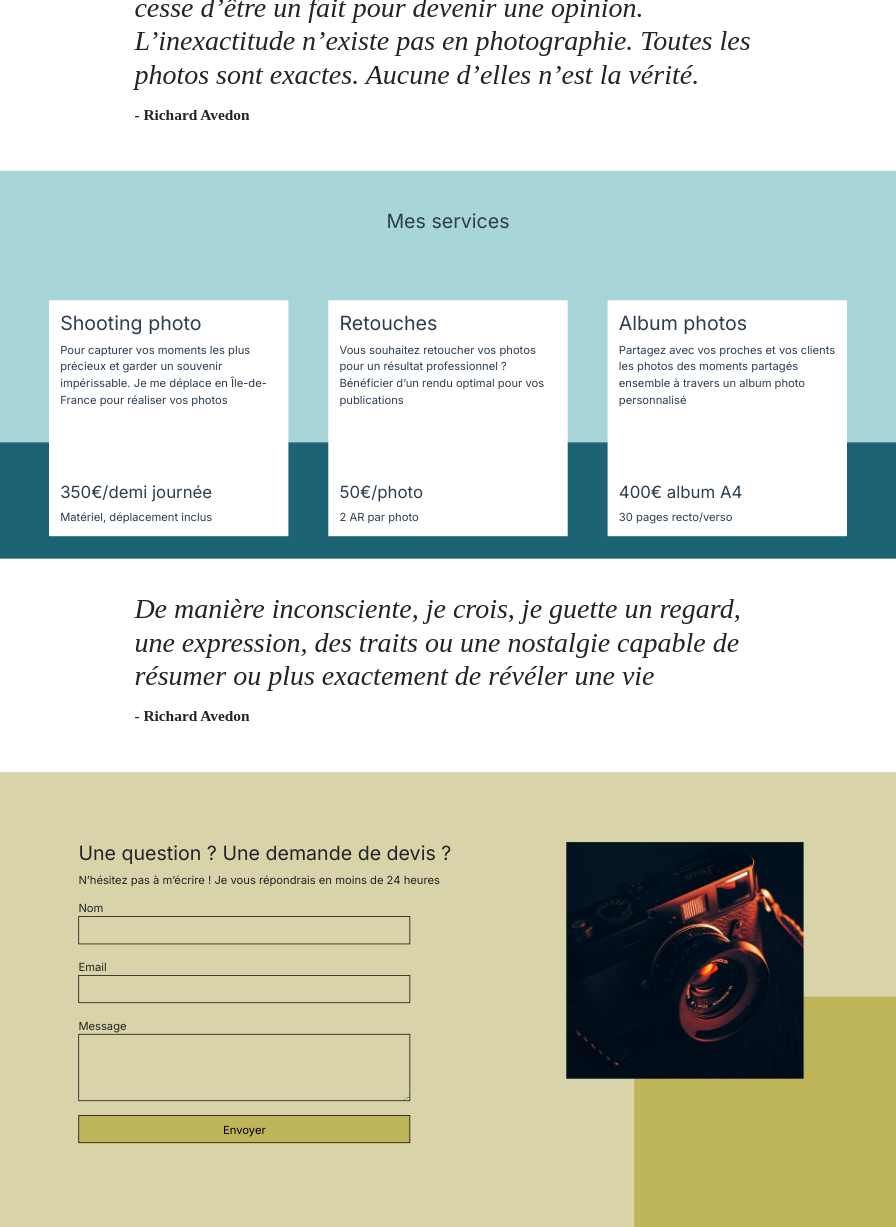
Repository: Dimple3377/project-9
Page: index.html
The author's editor kept a copy of each file at every save. The page is drawn from the files as they stood at one save, then again after the next save.
The browser window is 1280 px wide. The pictures show the part of the page from y = 2660 to 4580 px (the page is 4413 px tall before and 5040 px after), at 70% of full size.
Some web fonts or font styles are not loaded; a fallback is used.

Above is the page before, as saved 2024-04-15 02:22:52.

### index.html
<!DOCTYPE html>
<html lang="fr">
  <head>
    <meta name="viewport" content="width=device-width, initial-scale=1.0" />
    <title>Nina Carducci - Photographe</title>
    <!-- Titre de la page ajouté ici -->
    <meta
      name="description"
      content="Explorez le portfolio de Nina Carducci, photographe spécialisée dans les mariages, portraits et événements en Île-de-France."
    />
    <!-- Meta description ajoutée ici -->
    <link rel="stylesheet" href="./assets/bootstrap/bootstrap.css" />
    <link rel="stylesheet" href="./assets/style.css" />
    <link rel="preconnect" href="https://fonts.googleapis.com" />
    <link rel="preconnect" href="https://fonts.gstatic.com" crossorigin />
    <link
      href="https://fonts.googleapis.com/css2?family=Inter&family=Spectral:ital,wght@0,400;1,300;1,400;1,800&display=swap"
      rel="stylesheet"
    />
    <meta charset="UTF-8" />
    <script src="./assets/bootstrap/bootstrap.bundle.js"></script>
    <script
      src="https://code.jquery.com/jquery-3.4.1.min.js"
      integrity="sha256-CSXorXvZcTkaix6Yvo6HppcZGetbYMGWSFlBw8HfCJo="
      crossorigin="anonymous"
    ></script>
    <script src="./assets/maugallery.js"></script>
    <script src="./assets/scripts.js"></script>
  </head>
  <body>
    <div class="top-header">
      <h1 class="name">Nina Carducci</h1> <!-- Changé en h1 pour indiquer le titre principal -->
      <nav class="nav">
        <ul>
          <li><a href="#about">À propos</a></li>
          <li><a href="#gallery">Galerie</a></li>
          <li><a href="#services">Service</a></li>
          <li><a href="#contact">Contact</a></li>
          <li>
            <a
              class="social-link"
              href="https://www.instagram.com/ninacarducci.photo/?hl=fr"
              target="_blank"
              ><img
                src="assets/images/instagram.png"
                alt="Logo Instagram - Suivez Nina Carducci"
            /></a>
          </li>
        </ul>
      </nav>
    </div>
    <div id="header">
      <div
        id="carouselExampleIndicators"
        class="carousel slide"
        data-bs-ride="carousel"
      >
        <div class="carousel-indicators">
          <button
            type="button"
            data-bs-target="#carouselExampleIndicators"
            data-bs-slide-to="0"
            class="active"
            aria-current="true"
            aria-label="Slide 1"
          ></button>
          <button
            type="button"
            data-bs-target="#carouselExampleIndicators"
            data-bs-slide-to="1"
            aria-label="Slide 2"
          ></button>
          <button
            type="button"
            data-bs-target="#carouselExampleIndicators"
            data-bs-slide-to="2"
            aria-label="Slide 3"
          ></button>
        </div>
        <div class="carousel-inner">
          <div class="carousel-item active">
            <img
              src="./assets/images/slider/ryoji-iwata-wUZjnOv7t0g-unsplash.jpg"
              class="d-block w-100"
              alt="Vue urbaine capturée par Ryoji Iwata"
            />
          </div>
          <div class="carousel-item">
            <img
              src="./assets/images/slider/nicholas-green-nPz8akkUmDI-unsplash.jpg"
              class="d-block w-100"
              alt="Paysage tranquille par Nicholas Green"
            />
          </div>
          <div class="carousel-item">
            <img
              src="./assets/images/slider/edward-cisneros-3_h6-1NPDGw-unsplash.jpg"
              class="d-block w-100"
              alt="Portrait émotionnel par Edward Cisneros"
            />
          </div>
        </div>
        <button
          class="carousel-control-prev"
          type="button"
          data-bs-target="#carouselExampleIndicators"
          data-bs-slide="prev"
        >
          <span class="carousel-control-prev-icon" aria-hidden="true"></span>
          <span class="visually-hidden">Previous</span>
        </button>
        <button
          class="carousel-control-next"
          type="button"
          data-bs-target="#carouselExampleIndicators"
          data-bs-slide="next"
        >
          <span class="carousel-control-next-icon" aria-hidden="true"></span>
          <span class="visually-hidden">Next</span>
        </button>
      </div>
    </div>
    <section id="about">
      <h2>A propos de moi</h2> <!-- Changé en h2 pour les grandes sections -->
      <div class="picture left">
        <img src="./assets/images/nina.png" alt="Nina Carducci souriante" />
      </div>
      <div id="about-me">
      <p>
          Devenir photographe était pour moi une évidence. Comme si j’y étais
          prédestiné. Saisir un moment, une émotion, une situation, un endroit,
          une lumière et les rendre immortels, voilà ce qui me fait vibrer.</p>

        <p>
          Nous passons notre vie à chercher le bonheur, et lorsque nous y
          touchons, nous n’avons qu’une envie : le figer au travers de
          photographies pour le savourer avec les personnes qui sont importantes
          à nos yeux, ou le partager au plus grand nombre. C’est ce que je vous
          propose : saisir ces merveilleux moments au travers de mon regard, mon
          approche, ma technique. Rendre ces moments immortels, afin que vous
          puissiez y puiser de l’amour, du bonheur, de la tendresse et de
          lumière à chaque fois que vous poserez les yeux sur vos photos.
        </p>
      </div>
    </section>

    <section id="gallery">
      <h2>Portfolio</h2>
      <div class="container py-3">
        <div class="gallery" style="display: none">
          <img
            data-gallery-tag="Concert"
            class="gallery-item"
            src="./assets/images/gallery/concerts/aaron-paul-wnX-fXzB6Cw-unsplash.jpg"
            alt="Foule lors d'un concert de nuit"
          />
          <img
            data-gallery-tag="Entreprises"
            class="gallery-item"
            src="./assets/images/gallery/entreprise/ali-morshedlou-WMD64tMfc4k-unsplash.jpg"
            alt="Intérieur d'un bureau moderne"
          />
          <img
            data-gallery-tag="Entreprises"
            class="gallery-item"
            src="./assets/images/gallery/entreprise/jason-goodman-tHO1_OuKbg0-unsplash.jpg"
            alt="Réunion d'équipe en entreprise"
          />
          <img
            data-gallery-tag="Mariages"
            class="gallery-item"
            src="./assets/images/gallery/mariage/hannah-busing-RvF2R_qMpRk-unsplash.jpg"
            alt="Couple se mariant sous un ciel clair"
          />
          <img
            data-gallery-tag="Portrait"
            class="gallery-item"
            src="./assets/images/gallery/portraits/ade-tunji-rVkhWWZFAtQ-unsplash.jpg"
            alt="Portrait d'un homme en lumière naturelle"
          />
          <img
            data-gallery-tag="Mariages"
            class="gallery-item"
            src="./assets/images/gallery/mariage/jakob-owens-SiniLJkXhMc-unsplash.jpg"
            alt="Couple de mariés partageant un moment joyeux"
          />
          <img
            data-gallery-tag="Portrait"
            class="gallery-item"
            src="./assets/images/gallery/portraits/nino-van-prattenburg--443cl1uR_8-unsplash.jpg"
            alt="Portrait artistique d'une femme"
          />
          <img
            data-gallery-tag="Concert"
            class="gallery-item"
            src="./assets/images/gallery/concerts/austin-neill-hgO1wFPXl3I-unsplash.jpg"
            alt="Artiste jouant de la guitare sur scène"
          />
          <img
            data-gallery-tag="Entreprises"
            class="gallery-item"
            src="./assets/images/gallery/entreprise/mateus-campos-felipe-Fsgzm8N0hIY-unsplash.jpg"
            alt="Bureau d'entreprise avec un design épuré"
          />
        </div>
      </div>
    </section>
      <div class="quote">
        <figure>
          <blockquote>
            <h1 class="quote__text">
              Un portrait n’est pas une ressemblance. Dès lors qu’une émotion ou
              qu’un fait est traduit en photo, il cesse d’être un fait pour
              devenir une opinion. L’inexactitude n’existe pas en photographie.
              Toutes les photos sont exactes. Aucune d’elles n’est la vérité.
            </h1>
          </blockquote>
          <figcaption class="quote__author">- Richard Avedon</figcaption>
        </figure>
      </div>
    </div>
    <div id="services">
      <h3 class="title">Mes services</h3>
      <div class="container">
        <div class="service">
          <div class="service__description">
            <h3>Shooting photo</h3>
            <p>
              Pour capturer vos moments les plus précieux et garder un souvenir
              impérissable. Je me déplace en Île-de-France pour réaliser vos
              photos
            </p>
          </div>
          <div class="service__price">
            <h4>350€/demi journée</h4>
            <span>Matériel, déplacement inclus</span>
          </div>
        </div>
        <div class="service">
          <div class="service__description">
            <h3>Retouches</h3>
            <p>
              Vous souhaitez retoucher vos photos pour un résultat professionnel
              ? Bénéficier d’un rendu optimal pour vos publications
            </p>
          </div>
          <div class="service__price">
            <h4>50€/photo</h4>
            <span>2 AR par photo</span>
          </div>
        </div>
        <div class="service">
          <div class="service__description">
            <h3>Album photos</h3>
            <p>
              Partagez avec vos proches et vos clients les photos des moments
              partagés ensemble à travers un album photo personnalisé
            </p>
          </div>
          <div class="service__price">
            <h4>400€ album A4</h4>
            <span>30 pages recto/verso</span>
          </div>
        </div>
      </div>
    </div>
    <div class="quote">
      <figure>
        <blockquote>
          <h1 class="quote__text">
            De manière inconsciente, je crois, je guette un regard, une
            expression, des traits ou une nostalgie capable de résumer ou plus
            exactement de révéler une vie
          </h1>
        </blockquote>
        <figcaption class="quote__author">- Richard Avedon</figcaption>
      </figure>
    </div>
    <div id="contact">
      <div class="container">
        <div class="form-container">
          <h3>Une question ? Une demande de devis ?</h3>
          <p>
            N’hésitez pas à m’écrire ! Je vous répondrais en moins de 24 heures
          </p>
          <form action="" method="post">
            <label for="nom">Nom</label>
            <input type="text" name="nom" id="nom" />
            <label for="email">Email</label>
            <input type="email" name="email" id="email" />
            <label for="message">Message</label>
            <textarea
              name="message"
              id="message"
              cols="30"
              rows="10"
            ></textarea>
            <input type="submit" value="Envoyer" />
          </form>
        </div>
        <div class="picture right">
          <img src="./assets/images/camera.png" alt="Icône de caméra" />
        </div>
      </div>
    </div>
  </body>
</html>

### assets/style.css
body {
  max-width: 1920px;
  margin: auto;
}
* {
  font-family: "Inter";
  font-style: normal;
}
.top-header {
  background-color: white;
  position: sticky;
  top: 0;
  z-index: 1000;
  display: flex;
  justify-content: space-between;
  padding-inline: 100px;
  padding-block: 30px;
  align-items: center;
}

.top-header .name {
  font-size: 26px;
}

.nav ul {
  display: flex;
  list-style-type: none;
  font-size: 14px;
  margin-bottom: 0;
}

.nav li {
  padding-inline: 10px;
}

.nav a {
  text-decoration: none;
  color: #000;
}

.social-link img {
  width: 20px;
}

#about {
  display: flex;
  background-color: #f6d2b8;
  padding-inline: 100px;
  padding-block: 100px;
  position: relative;
}

.picture.left::before {
  content: " ";
  background-color: #e5975f;
  width: 374px;
  height: 329px;
  position: absolute;
  bottom: 0;
  left: 0;
  z-index: -1;
}

.picture {
  flex: 1;
  margin: 0 20px;
  z-index: 0;
}

.picture img {
  width: 100%;
}
#about-me {
  flex: 2;
}
.about-me__title {
  margin-top: 1em;
  margin-bottom: 60px;
  font-size: 30px;
}
.about-me__introduction {
  font-family: "Spectral";
  font-weight: 800;
  font-style: italic;
  width: 60%;
}
#about-me p {
  width: 80%;
  font-size: 14px;
}

#gallery {
  /*	min-height: 100vh; */
}
.title {
  text-align: center;
  padding-block: 2em;
}
.gallery .nav {
  justify-content: center;
}
.nav-pills .nav-link.active,
.nav-pills .show > .nav-link {
  color: #fff;
  background-color: #5a5a2d; /* Plus foncé pour un meilleur contraste */
  border-radius: 0;
}
.nav-pills .nav-link {
  color: #000;
}
.item-column {
  position: relative;
  margin-bottom: 0 !important;
  padding: 0;
}
.item-column::after {
  content: "";
  display: block;
  padding-bottom: 100%;
}
.gallery-item {
  position: absolute;
  width: 100%;
  height: 100%;
  object-fit: cover;
  padding: 0.5em;
}
.mg-prev,
.mg-next {
  width: 30px;
  height: 30px;
  border-radius: 00%;
  justify-content: center;
  align-items: center;
  display: flex;
  font-size: 24px;
}

.quote {
  font-family: "Spectral";
  font-style: italic;
  width: 70%;
  margin: auto;
  padding-block: 3em;
}
.quote__text {
  font-family: Spectral;
  font-style: italic;
  font-weight: 300;
}
.quote__author {
  font-family: Spectral;
  font-weight: 800;
  font-size: 22px;
}

#services {
  margin: auto;
  background-color: #a8d5d8;
  color: #2c3e50; /* Texte plus foncé pour un meilleur contraste */
  position: relative;
}
#services .container::before {
  content: " ";
  background-color: #1c6474;
  position: absolute;
  width: 100%;
  height: 30%;
  bottom: 0;
  left: 0;
  z-index: 0;
}

#services .container {
  justify-content: space-between;
  display: flex;
  padding: 2em 0;
}

.service {
  background-color: white;
  max-width: 390px;
  width: 30%;
  height: 337px;
  padding: 1em;
  display: flex;
  flex-direction: column;
  justify-content: space-between;
  z-index: 1;
}

#contact {
  margin: auto;
  background-color: #d8d3a8;
  position: relative;
  padding-inline: 100px;
  padding-block: 100px;
}

#contact .container {
  display: flex;
}
.picture.right::before {
  content: " ";
  background-color: #beb45a;
  width: 374px;
  height: 329px;
  position: absolute;
  bottom: 0;
  right: 0;
  z-index: -1;
}
.form-container {
  flex: 2;
}
form {
  display: flex;
  flex-direction: column;
  width: 70%;
  align-items: flex-start;
}

form input {
  width: 100%;
  background-color: transparent;
  border: solid 1px;
  height: 2.5em;
  margin-bottom: 20px;
}

form textarea {
  width: 100%;
  background-color: transparent;
  border: solid 1px;
  height: 5em;
  line-height: 2.5em;
  font-size: 1.2em;
  margin-bottom: 20px;
}
input[type="submit"] {
  background-color: #beb45a;
  padding: 0.5em 1em;
}

@media all and (max-width: 1180px) {
  .picture {
    flex: 2;
  }
  #about,
  #contact .container {
    align-items: center;
  }
  .about-me__title {
    margin-top: 0;
    margin-bottom: 1em;
  }
  #about-me h6,
  #about-me p {
    width: 100%;
  }
}

@media all and (max-width: 1000px) {
  #about {
    flex-direction: column;
  }
  .picture {
    width: 50%;
  }
  .picture.left::before {
    width: 100%;
    height: 30%;
    position: absolute;
    bottom: auto;
    top: 0;
    left: 0;
    z-index: -1;
  }
  .about-me__title {
    text-align: center;
    margin-top: 1em;
  }
  #services .container {
    flex-direction: column;
  }
  .service {
    width: 100%;
    max-width: 100%;
    height: auto;
    margin: 2em 0;
  }
  .service__description {
    margin-bottom: 1em;
  }

  #services .container::before {
    width: 30%;
    height: 100%;
    bottom: 0;
    right: 0;
    left: auto;
    z-index: 0;
  }

  #contact .container {
    flex-direction: column;
  }
  #contact .picture.right {
    margin-top: 1em;
  }
  .picture.right::before {
    width: 100%;
    height: 30%;
    position: absolute;
    bottom: 0;
    right: 0;
    z-index: -1;
  }
}

@media all and (max-width: 650px) {
  .top-header {
    flex-direction: column;
    padding-inline: 0;
  }
  .top-header .nav,
  .top-header .nav ul {
    width: 100%;
    padding: 0 0 0 0;
  }
  .top-header .nav li {
    flex: 1;
    padding-block: 1em;
    text-align: center;
  }
  .picture.left::before,
  .picture.right::before {
    height: 150px;
  }
  #services .container {
    align-items: center;
  }
  .service {
    max-width: 90%;
  }
  #about,
  #contact {
    padding-inline: 2em;
    padding-block: 2em;
  }
  form {
    width: 100%;
  }
  .picture {
    width: 80%;
  }
}

Loaded but not shown: assets/bootstrap/bootstrap.css (library); assets/bootstrap/bootstrap.bundle.js (library); assets/scripts.js (common file); assets/maugallery.js (263 lines, source omitted)

After the next save:
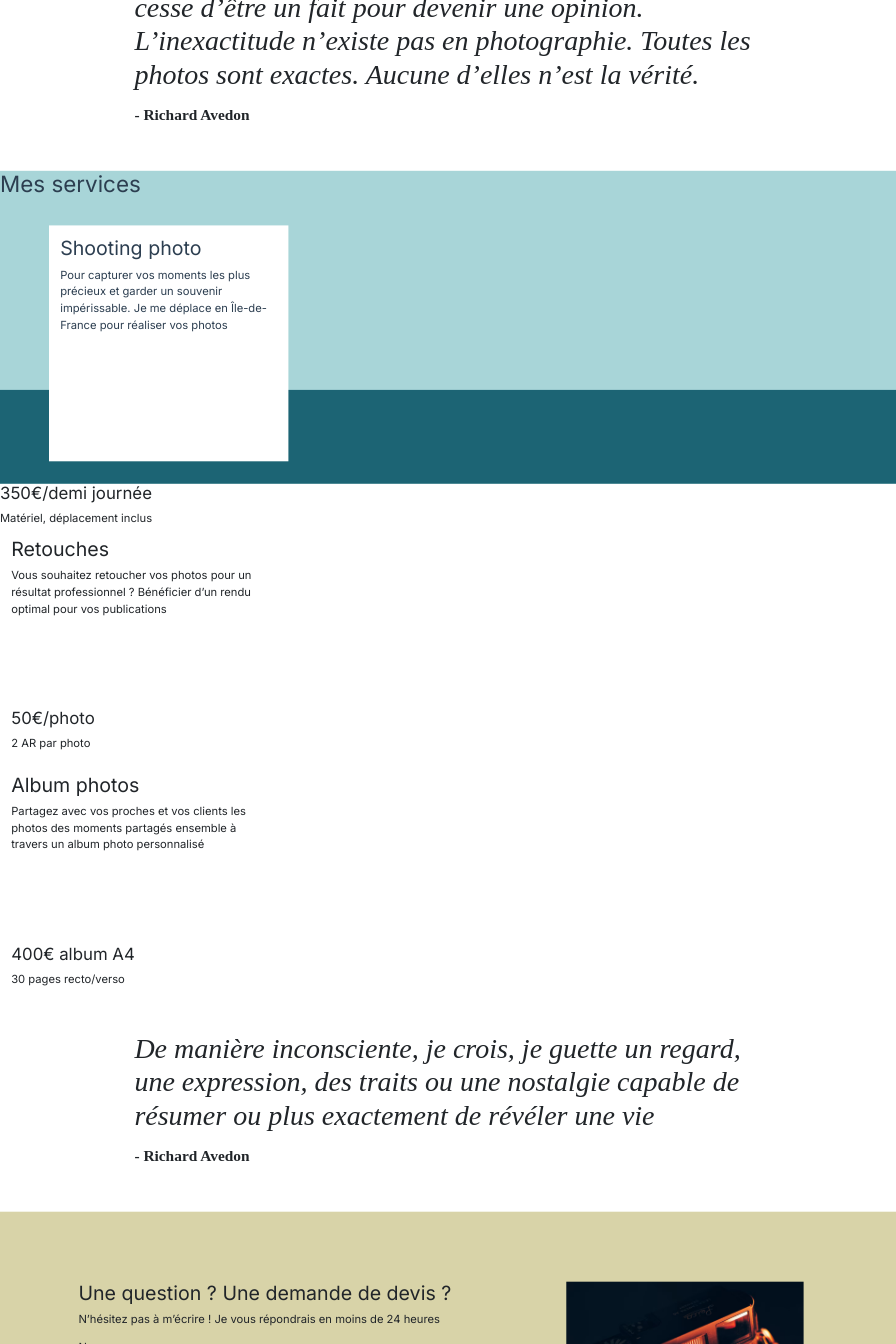
Saved 119 s later.
--- a/index.html
+++ b/index.html
@@ -219,8 +219,8 @@
         </figure>
       </div>
     </div>
-    <div id="services">
-      <h3 class="title">Mes services</h3>
+    <section id="services">
+      <h2>Mes services</h2>
       <div class="container">
         <div class="service">
           <div class="service__description">
@@ -231,6 +231,7 @@
               photos
             </p>
           </div>
+          </section>
           <div class="service__price">
             <h4>350€/demi journée</h4>
             <span>Matériel, déplacement inclus</span>
@@ -263,7 +264,7 @@
           </div>
         </div>
       </div>
-    </div>
+    </section>
     <div class="quote">
       <figure>
         <blockquote>
